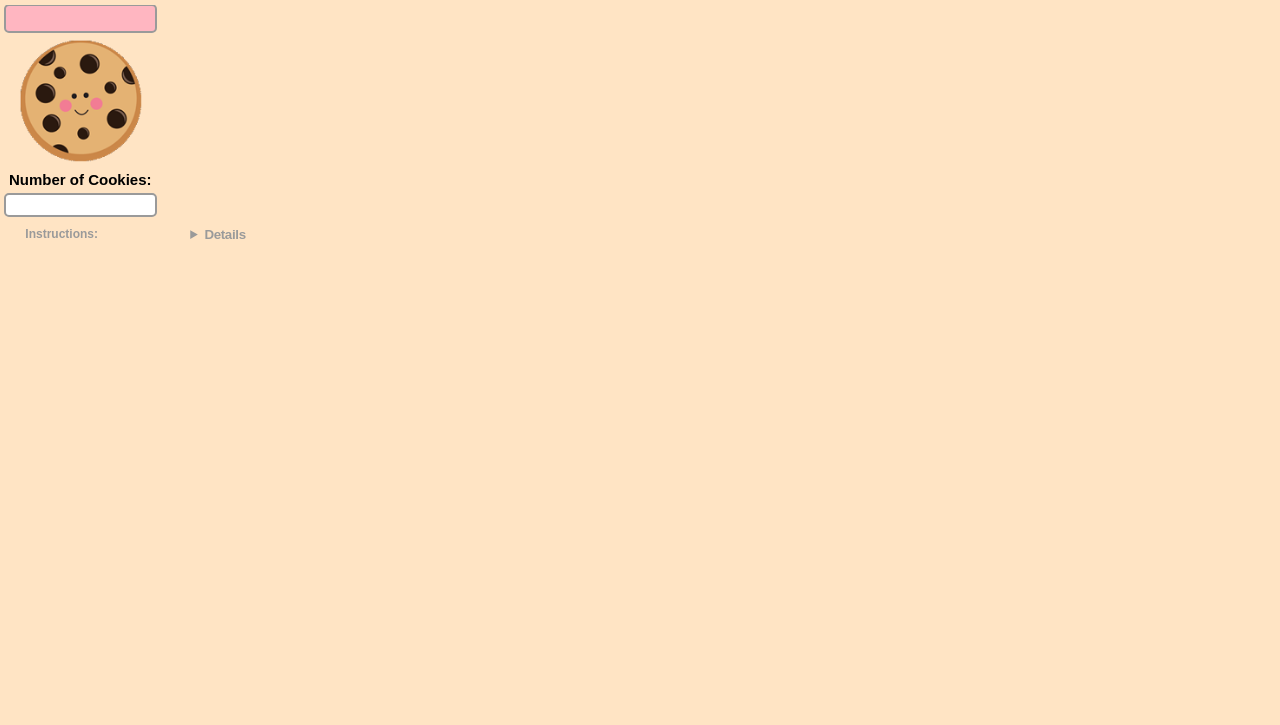
Repository: f00d4tehg0dz/elgato-streamdeck-cookie-clicker
Page: com.f00d4tehg0dz.cookieclicker.sdPlugin/cookieclicker.html
The author's editor kept a copy of each file at every save. The page is drawn from the files as they stood at one save, then again after a run of saves.
The browser window is 1280 px wide. The pictures show the whole page.

Above is the page before, as saved 2022-01-28 12:19:47.

After the next 2 saves:
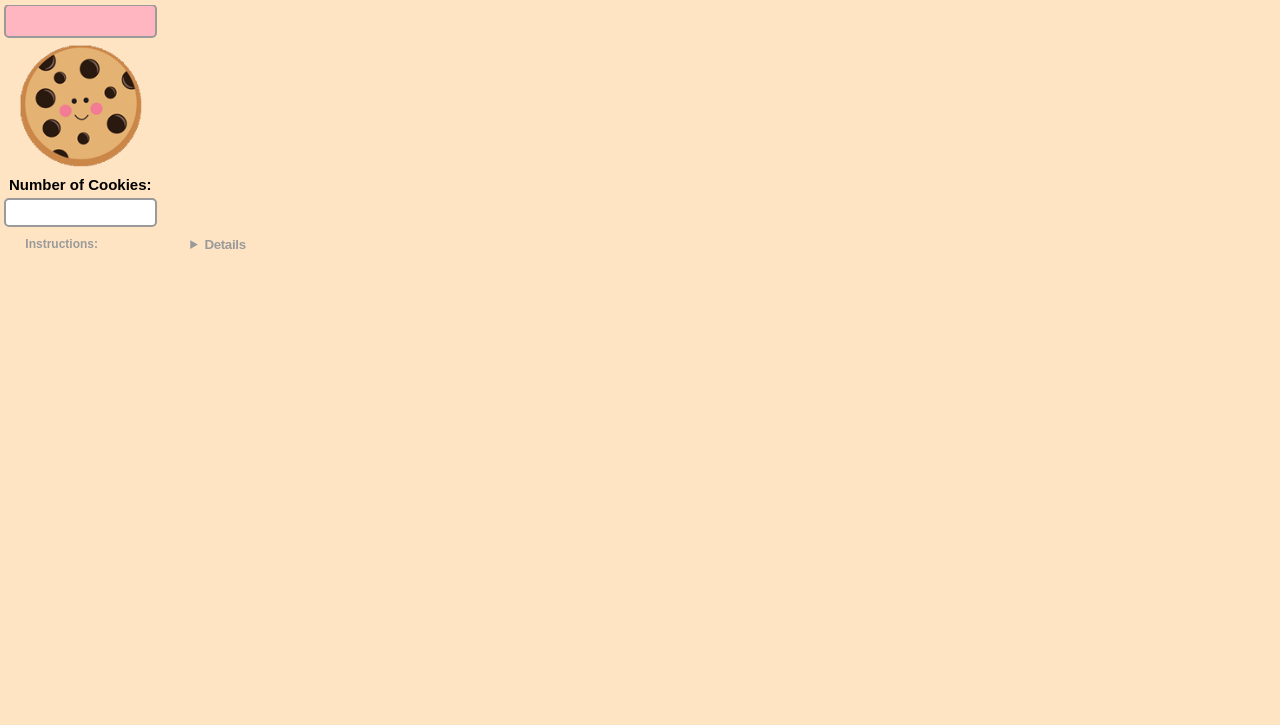
The 2 saves are shown as one change because they came seconds apart.
The last was saved 10 s later.
--- a/com.f00d4tehg0dz.cookieclicker.sdPlugin/css/styles.css
+++ b/com.f00d4tehg0dz.cookieclicker.sdPlugin/css/styles.css
@@ -24,7 +24,7 @@ h2 {
 #cookieNumbers {
   margin: auto;
   text-align:center;
-  padding-top: 5px;
+  padding-top: 10px;
   margin-bottom: 5px;
   font-size: 10px;
   border:2px solid;
@@ -36,7 +36,7 @@ h2 {
 #cookieTitle {
   margin: auto;
   text-align:center;
-  padding-top: 5px;
+  padding-top: 10px;
   margin-bottom: 5px;
   font-size: 10px;
   border:2px solid;
